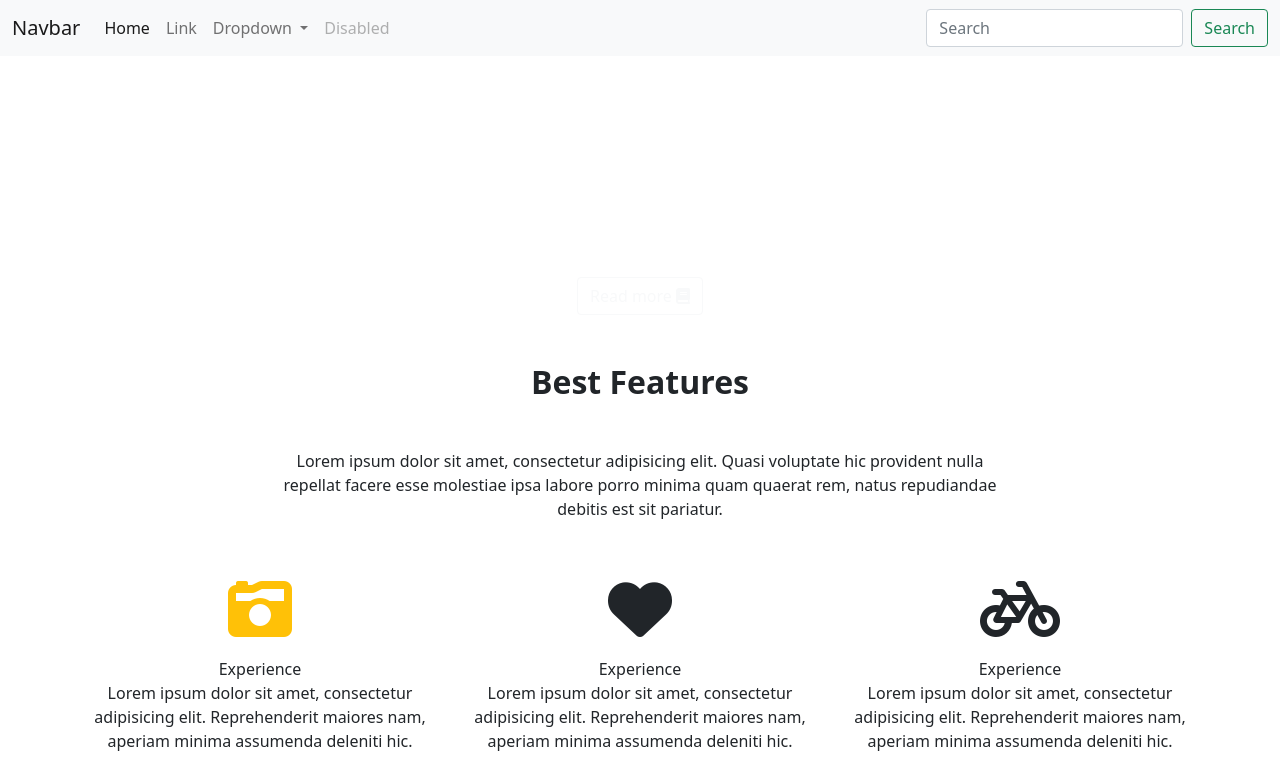
Repository: nptg3105/lab04-landing-page-boostrap5
Page: index.html
An editor plug-in stored every save of this project. The page is shown before and after the next save, followed by the edit.
The browser window is 1280 px wide. The pictures show the whole page.

Above is the page before, as saved 2021-12-19 10:24:28.

After the next save:
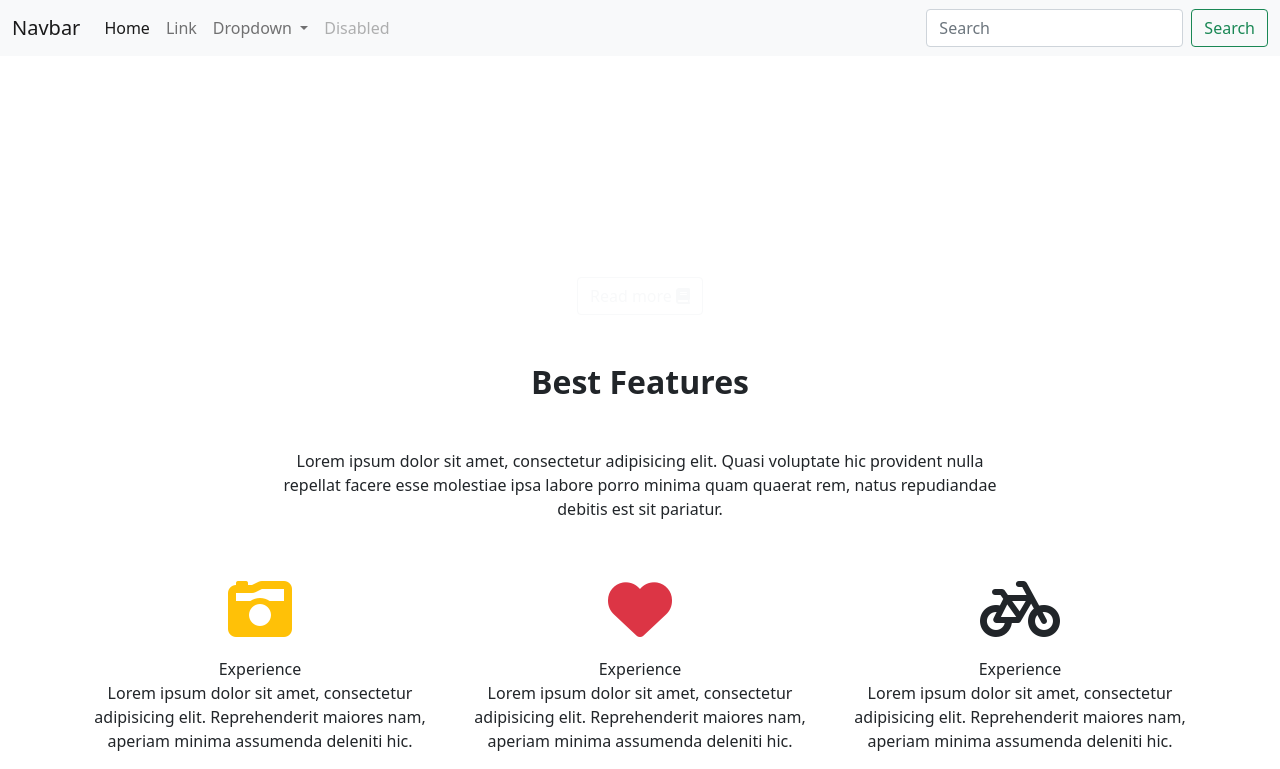
Saved 12 s later.
--- a/index.html
+++ b/index.html
@@ -102,7 +102,7 @@
               <div class="feature__desc">Lorem ipsum dolor sit amet, consectetur adipisicing elit. Reprehenderit maiores nam, aperiam minima assumenda deleniti hic.</div>
             </div>
             <div class="feature__item col-md-4">
-              <div class="feature__icon fa-4x"><i class="fas fa-heart"></i></div>
+              <div class="feature__icon fa-4x text-danger"><i class="fas fa-heart"></i></div>
               <div class="feature__title">Experience</div>
               <div class="feature__desc">Lorem ipsum dolor sit amet, consectetur adipisicing elit. Reprehenderit maiores nam, aperiam minima assumenda deleniti hic.</div>
             </div>
